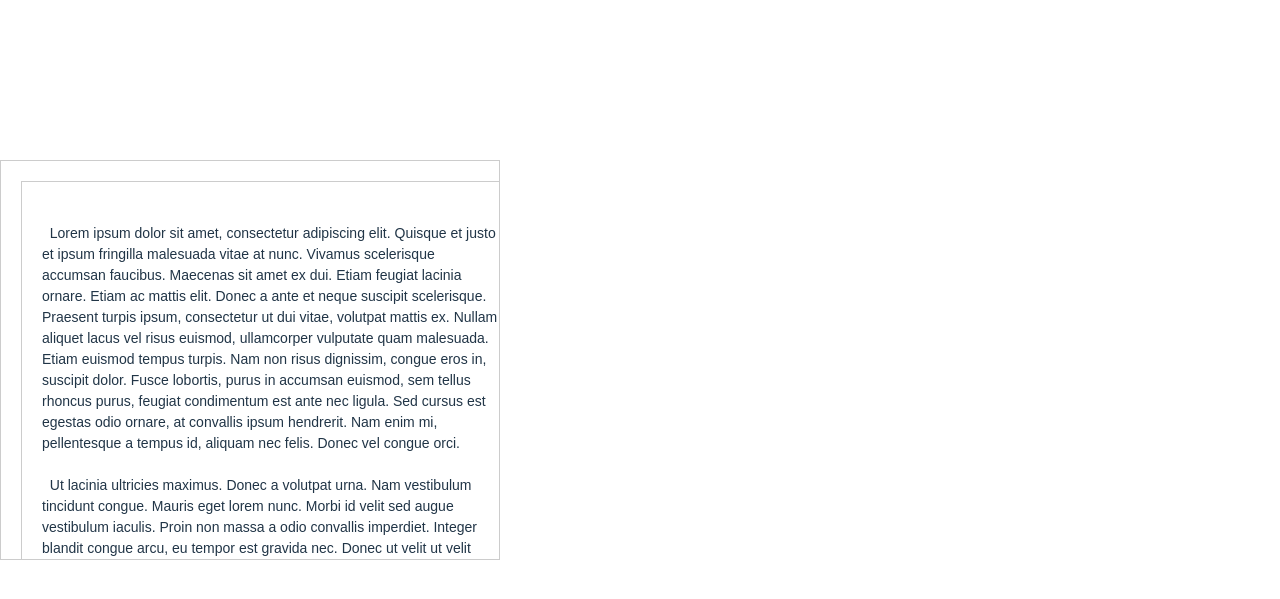
Repository: TakingJester766/Page-View
Page: /
These files come from the project's save history. The page is drawn as it stood at one moment and after the next save; the edit follows.
The browser window is 1280 px wide. The pictures show the whole page.
An inner scrolling area shows only its first screen. The project was rebuilt for these pictures with package versions that can differ from the ones it lists, and the page was loaded fresh each time. Also part of the build but not shown: vite.config.js.

Above is the page before, as saved 2023-01-15 18:56:59.

After the next save:
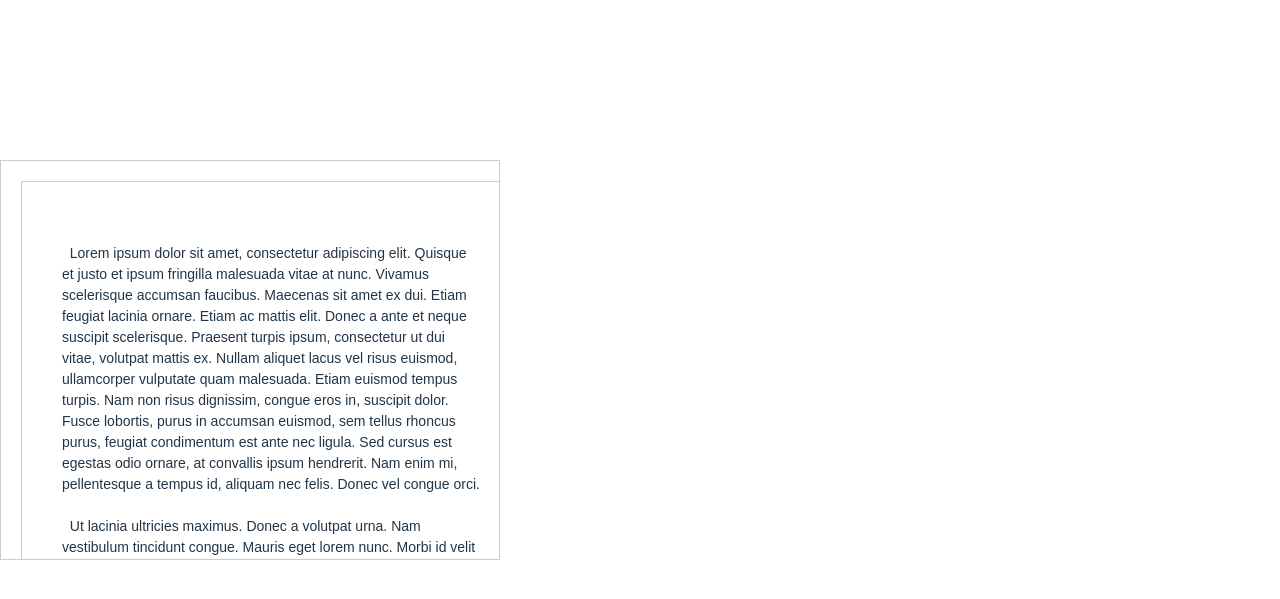
Saved 13 s later.
--- a/src/index.css
+++ b/src/index.css
@@ -91,3 +91,7 @@ button:focus-visible {
   height: 20px;
   border-bottom: 1px solid #ccc;
 }
+
+.text-container {
+  padding: 20px;
+}
